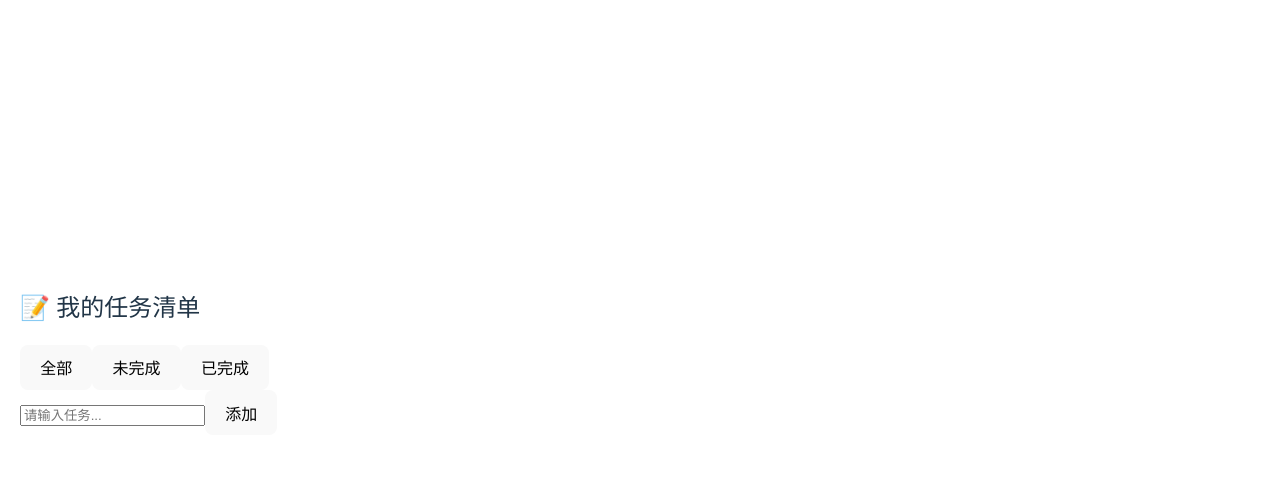
Repository: wangyanjun1999/learn-react
Page: / (app in mini_ex/my-todo-app/)
An editor plug-in stored every save of this project. The page is shown before and after the next save, followed by the edit.
The browser window is 1280 px wide. The pictures show the whole page.
The project was rebuilt for these pictures with package versions that can differ from the ones it lists, and the page was loaded fresh each time. Also part of the build but not shown: mini_ex/my-todo-app/vite.config.js.

Above is the page before, as saved 2025-03-21 15:58:26.

After the next save:
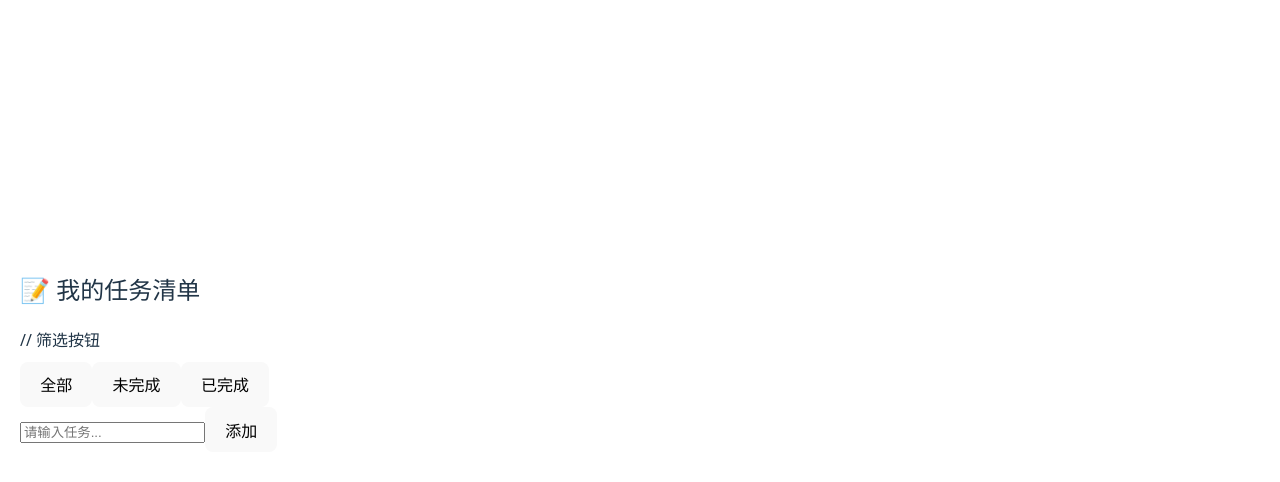
Saved 15 s later.
--- a/mini_ex/my-todo-app/src/App.jsx
+++ b/mini_ex/my-todo-app/src/App.jsx
@@ -28,7 +28,7 @@ function App() {
   };
   // 切换完成状态
   const toggleDone = (id) => {
-    const toggleTodos = todos.map(todo => todo.id == id ? {...todo,done:!todo.done}:todo); // 切换完成状态
+    const toggleTodos = todos.map(todo => todo.id == id ? { ...todo, done: !todo.done } : todo); // 切换完成状态
     setTodos(toggleTodos);
   }
 
@@ -40,10 +40,11 @@ function App() {
 
       <h2>📝 我的任务清单</h2>
 
+      // 筛选按钮
       <div style={{ marginTop: '10px' }}>
-  <button onClick={() => setFilter('all')}>全部</button>
-  <button onClick={() => setFilter('undone')}>未完成</button>
-  <button onClick={() => setFilter('done')}>已完成</button>
+        <button onClick={() => setFilter('all')}>全部</button>
+        <button onClick={() => setFilter('undone')}>未完成</button>
+        <button onClick={() => setFilter('done')}>已完成</button>
       </div>
 
       <input
@@ -59,24 +60,24 @@ function App() {
       <button onClick={handleAdd}>添加</button>
 
       <ul>
-  {todos.map((todo) => (
-    <li key={todo.id}>
-      {/* ✅ 点击文字切换状态 */}
-      <span
-        onClick={() => toggleDone(todo.id)}
-        style={{
-          cursor: 'pointer',
-          textDecoration: todo.done ? 'line-through' : 'none',
-          color: todo.done ? 'gray' : 'black',
-        }}
-      >
-        {todo.text}
-      </span>
+        {todos.map((todo) => (
+          <li key={todo.id}>
+            {/* ✅ 点击文字切换状态 */}
+            <span
+              onClick={() => toggleDone(todo.id)}
+              style={{
+                cursor: 'pointer',
+                textDecoration: todo.done ? 'line-through' : 'none',
+                color: todo.done ? 'gray' : 'black',
+              }}
+            >
+              {todo.text}
+            </span>
 
-      <button onClick={() => handleDelete(todo.id)}>删除</button>
-    </li>
-  ))}
-</ul>
+            <button onClick={() => handleDelete(todo.id)}>删除</button>
+          </li>
+        ))}
+      </ul>
 
     </div>
   );
